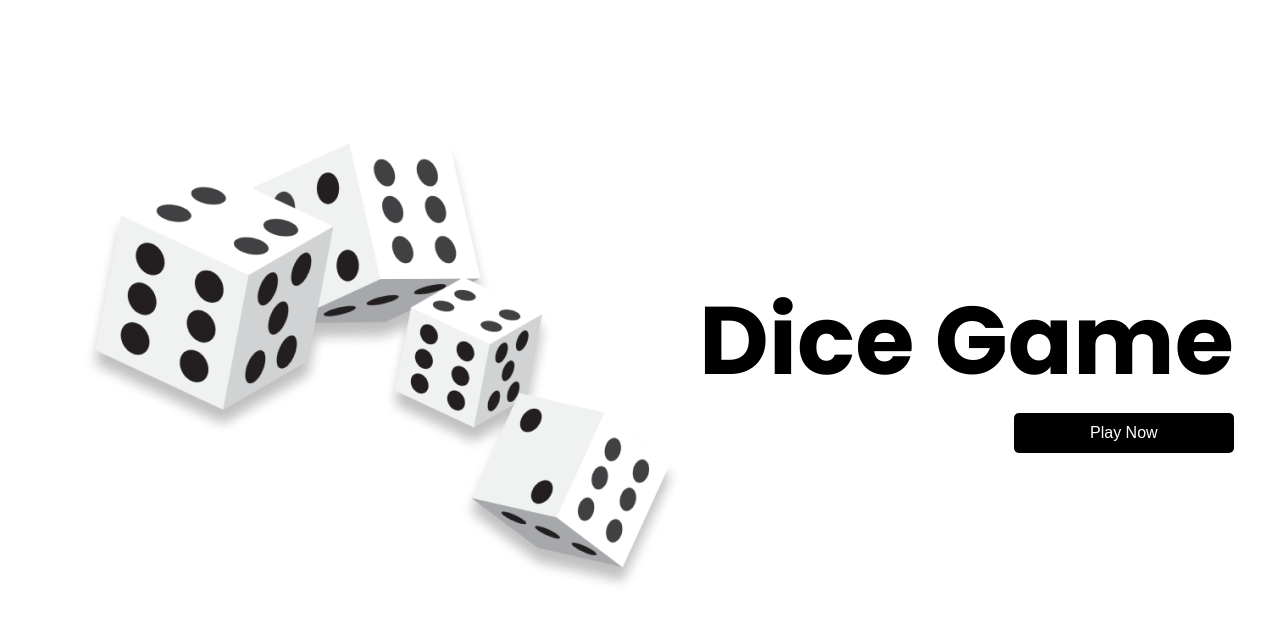
Repository: Wahid137/react-project-three
Page: /
These files come from the project's save history. The page is drawn as it stood at one moment and after the next save; the edit follows.
The browser window is 1280 px wide. The pictures show the whole page.
The project was rebuilt for these pictures with package versions that can differ from the ones it lists, and the page was loaded fresh each time. Also part of the build but not shown: vite.config.js, src/components/TotalScore.jsx, src/components/GamePlay.jsx.

Above is the page before, as saved 2023-08-26 12:40:10.

### index.html
<!doctype html>
<html lang="en">
  <head>
    <meta charset="UTF-8" />
    <link rel="icon" type="image/svg+xml" href="/vite.svg" />
    <meta name="viewport" content="width=device-width, initial-scale=1.0" />
    <title>Dice Games</title>
  </head>
  <body>
    <div id="root"></div>
    <script type="module" src="/src/main.jsx"></script>
  </body>
</html>

### src/components/StartGame.jsx
import styled from "styled-components";
import dices from "../../public/images/dice/dices.png";
import { Button } from "../styled/Button";
const StartGame = ({ toggle }) => {
  return (
    <Container>
      <div>
        <img src={dices} alt="" />
      </div>
      <div className="content">
        <h1>Dice Game</h1>
        <div className="btn">
          <Button onClick={toggle}>Play Now</Button>
        </div>
      </div>
    </Container>
  );
};

export default StartGame;

const Container = styled.div`
  max-width: 1180px;
  height: 100vh;
  display: flex;
  margin: 0 auto;
  align-items: center;
  .content {
    h1 {
      font-size: 96px;
      white-space: nowrap;
    }
    .btn {
      text-align: end;
    }
  }
`;

### src/styled/Button.js



import styled from "styled-components";

export const Button = styled.button`
  color: white;
  padding: 10px 18px;
  background: #000000;
  border-radius: 5px;
  min-width: 220px;
  border: none;
  font-size: 16px;
  border: 1px solid transparent;
  cursor: pointer;
  transition: 0.3s ease-in;
  &:hover {
    background-color: white;
    border: 1px solid black;
    color: black;
    transition: 0.4s ease-in;
  }
`;
export const OutlineButton = styled(Button)`
  background-color: white;
  border: 1px solid black;
  color: black;
  &:hover {
    background-color: black;
    border: 1px solid transparent;
    color: white;
  }
`;

Loaded but not shown: src/main.jsx (common file); src/App.jsx (common file); src/index.css (common file)

After the next save:
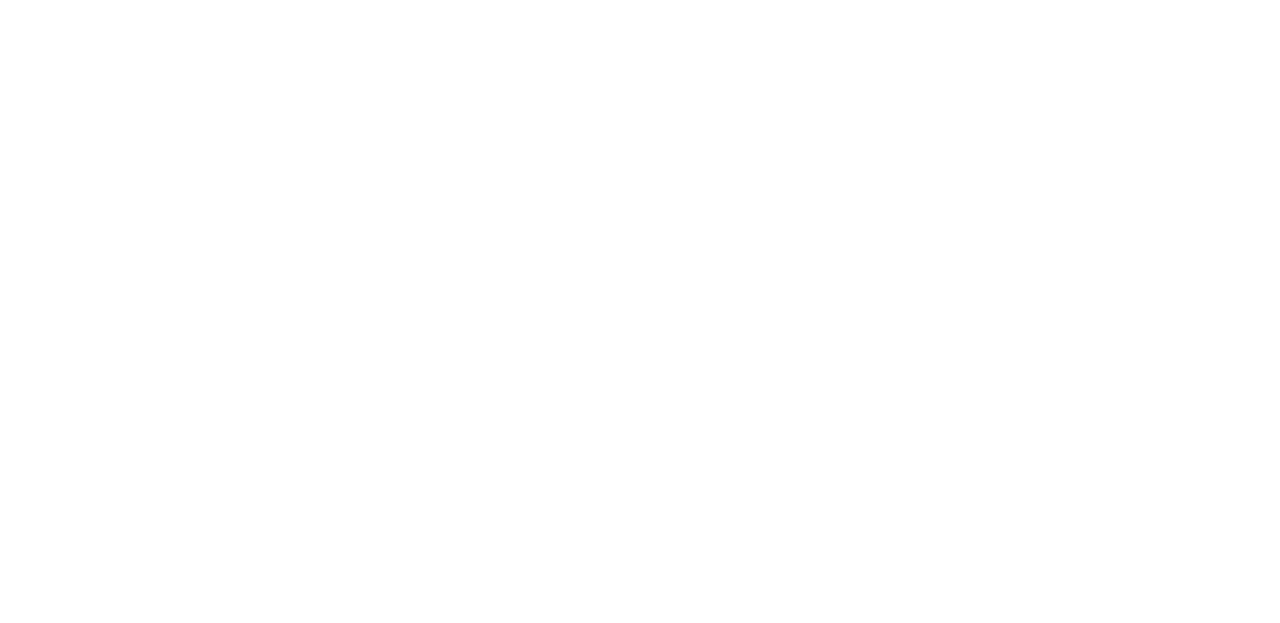
Console error: ReferenceError: PropTypes is not defined
Saved 5 min 29 s later.
--- a/src/components/StartGame.jsx
+++ b/src/components/StartGame.jsx
@@ -15,6 +15,9 @@
       </div>
     </Container>
   );
+};
+StartGame.propTypes = {
+  name: PropTypes.string.isRequired,
 };
 
 export default StartGame;

After the 2 saves that followed:
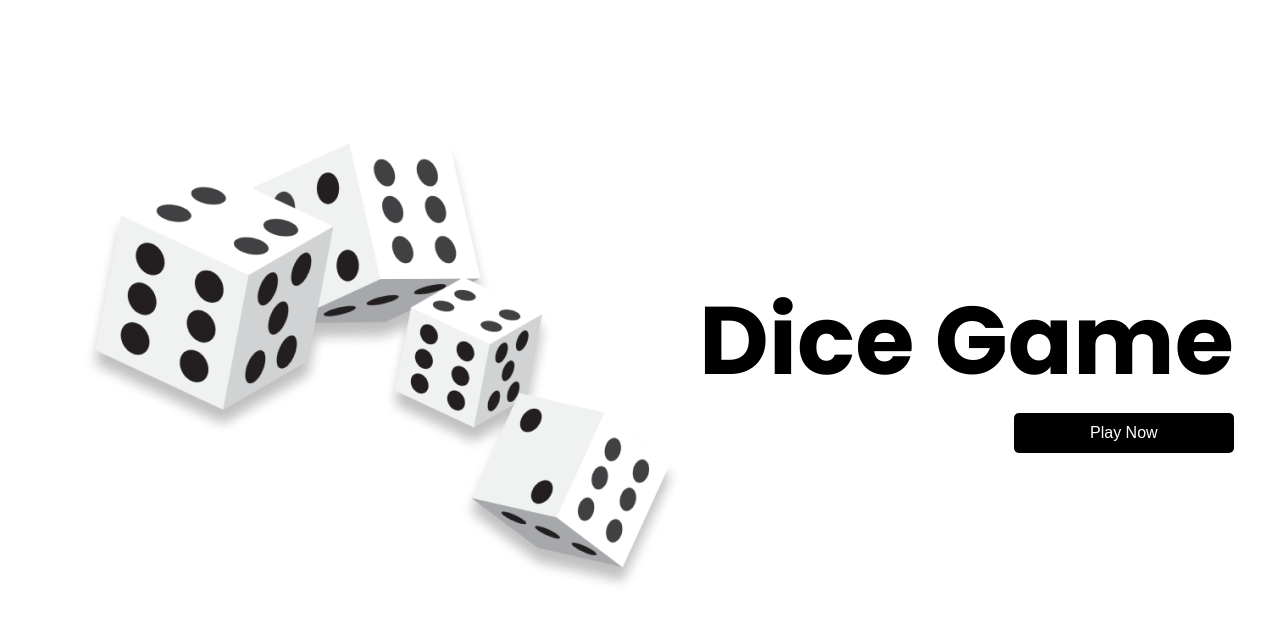
The error is gone.
The 2 saves are shown as one change because 1 left the picture as it was.
The last was saved 2 min 5 s later.
--- a/src/components/StartGame.jsx
+++ b/src/components/StartGame.jsx
@@ -15,9 +15,6 @@
       </div>
     </Container>
   );
-};
-StartGame.propTypes = {
-  name: PropTypes.string.isRequired,
 };
 
 export default StartGame;
